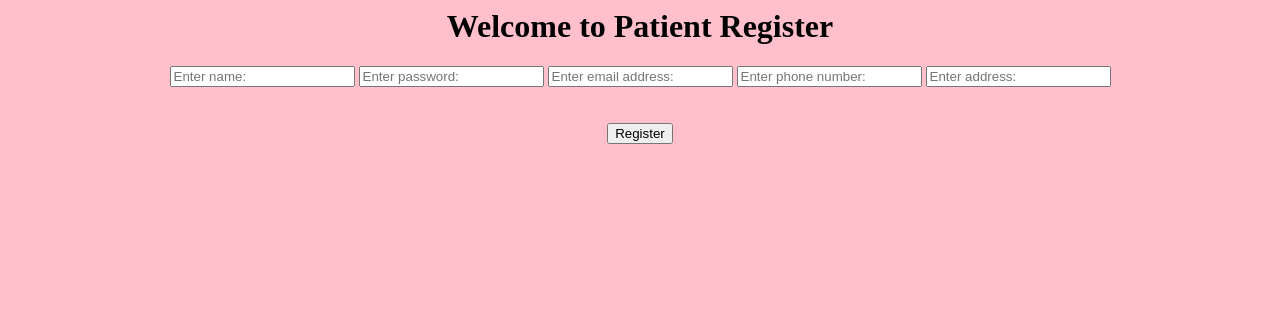
Repository: SrinidhiMiryala/MyRepository
Page: Servlets/src/main/webapp/patient_register.html
An editor plug-in stored every save of this project. The page is shown before and after the next save, followed by the edit.
The browser window is 1280 px wide. The pictures show the whole page.

Above is the page before, as saved 2022-10-02 23:47:56.

After the next save:
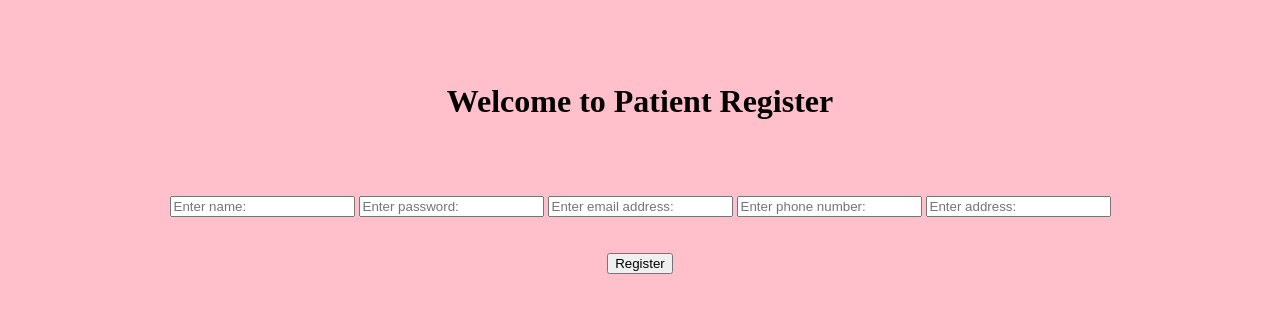
Saved 2 min 14 s later.
--- a/Servlets/src/main/webapp/patient_register.html
+++ b/Servlets/src/main/webapp/patient_register.html
@@ -2,10 +2,15 @@
 <html>
 
 <body bgcolor="pink">
+<br><br><br>
+
 	<h1 align="center">Welcome to Patient Register</h1>
-	<form action="./patient_register" method="get" align="center">
-		<input type="text" name="name" placeholder="Enter name: "> <input
-			type="password" name="password" placeholder="Enter password: ">
+	<br><br><br>
+
+	<form action="./patient_register" method="post" align="center">
+		<input type="text" name="name" placeholder="Enter name: ">
+
+		<input type="password" name="password" placeholder="Enter password: ">
 		<input type="email" name="email" placeholder="Enter email address: ">
 		<input type="text" name="phone" placeholder="Enter phone number: ">
 		<input type="address" name="address" placeholder="Enter address: ">
